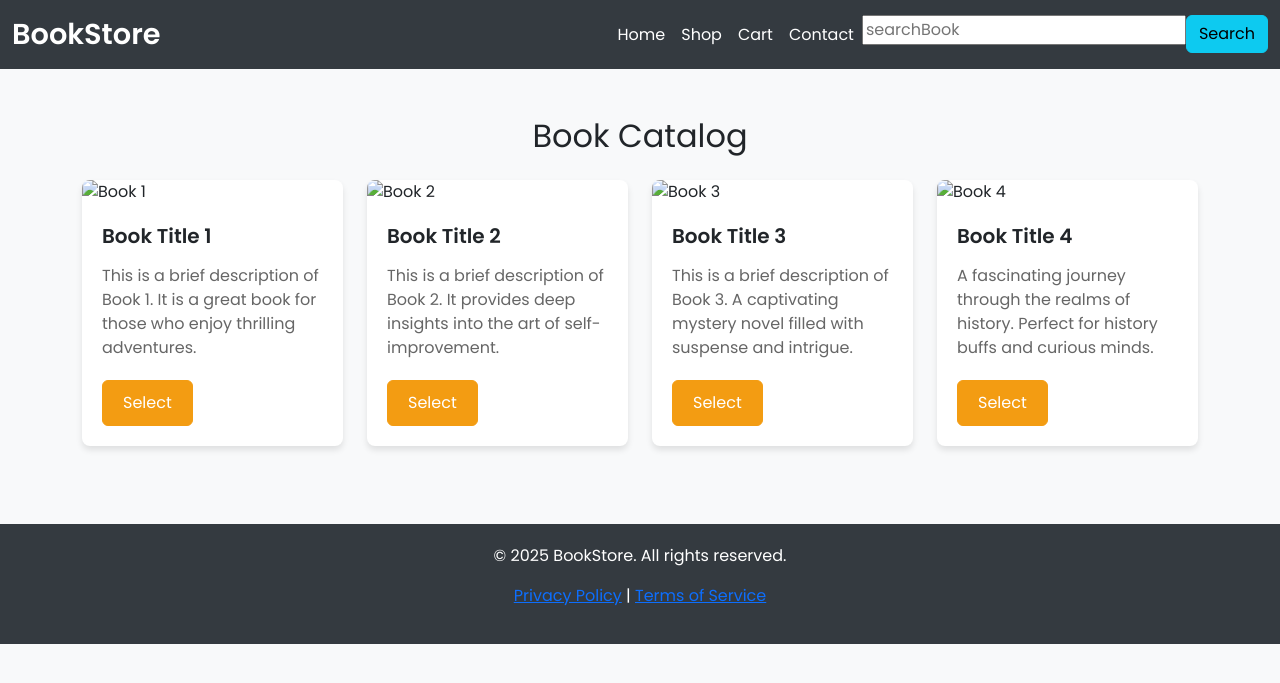
Repository: Cr7Mujassam/Book_Store
Page: http://localhost/bookStore/WEB-INF/jsp/fiction.jsp
An editor plug-in stored every save of this project. The page is shown before and after the next save, followed by the edit.
The browser window is 1280 px wide. The pictures show the whole page.
The page is served by Tomcat 9. Nobody is signed in. The template is opened directly, without the code that normally fills it, so the values that code supplies are empty.

Above is the page before, as saved 2025-01-26 13:04:03.

After the next save:
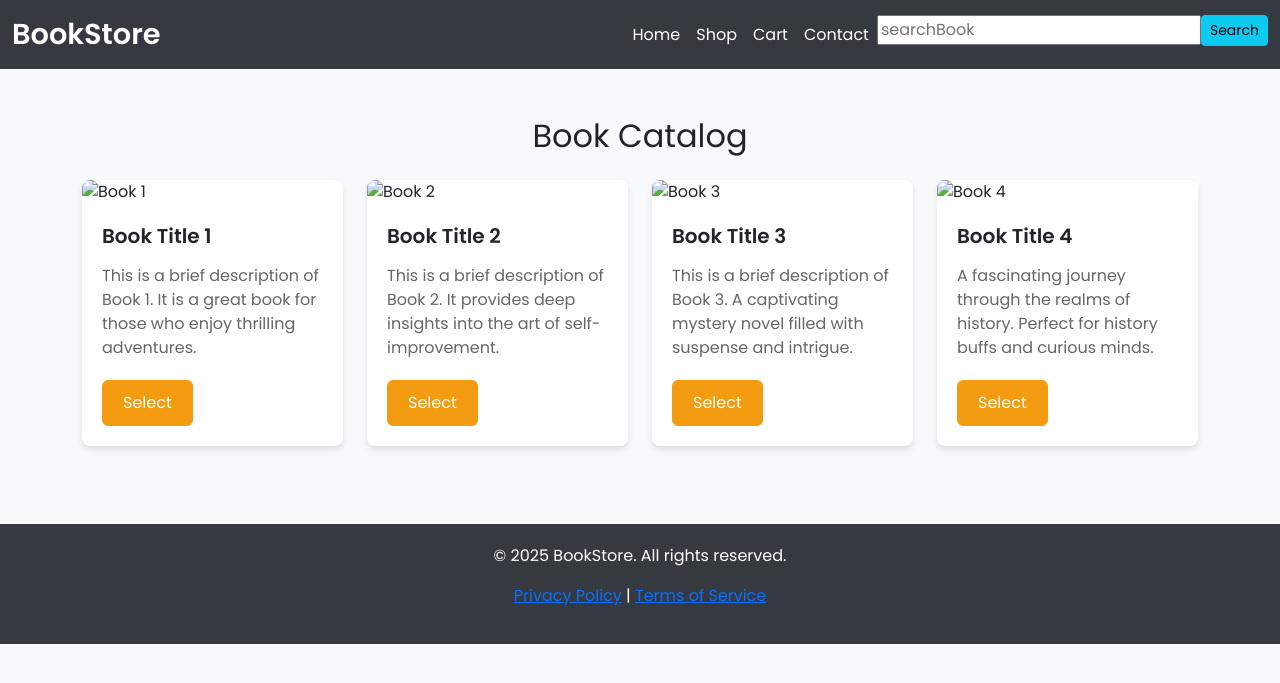
Saved 34 s later.
--- a/bookStore/src/main/webapp/WEB-INF/jsp/fiction.jsp
+++ b/bookStore/src/main/webapp/WEB-INF/jsp/fiction.jsp
@@ -116,7 +116,7 @@
                         <input type="text" class="" placeholder="searchBook">
                     </li>
                     <li class="nav-item">
-                        <button type="button" class="btn btn-info" onclick="">Search</button>
+                        <button type="button" class="btn btn-info btn-sm" onclick="">Search</button>
                     </li>
 
                 </ul>
